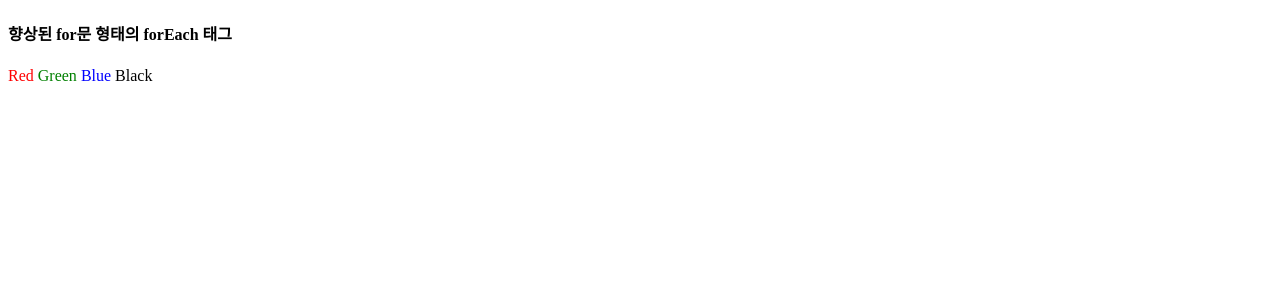
Repository: Park-Dongheon/Servlet-JSP_Training
Page: http://localhost/MustHaveJSP/11JSTL/core/ForEachExtend1.jsp
These files come from the project's save history. The page is drawn as it stood at one moment and after the next save; the edit follows.
The browser window is 1280 px wide. The pictures show the whole page.
The page is served by Tomcat 10. Other server files are loaded and not shown.

Above is the page before, as saved 2024-06-24 07:59:29.

### MustHaveJSP/src/main/webapp/11JSTL/core/ForEachExtend1.jsp
<%@ page language="java" contentType="text/html; charset=UTF-8"
    pageEncoding="UTF-8"%>
<%@ taglib prefix="c" uri="jakarta.tags.core" %>
<!DOCTYPE html>
<html>
<head>
<meta charset="UTF-8">
<title>JSTL - forEach 2</title>
</head>
<body>
	<h4>향상된 for문 형태의 forEach 태그</h4>
	<%
	String[] rgba = {"Red", "Green", "Blue", "Black"};
	%>
	<c:forEach items="<%= rgba %>" var="c">
		<span style="color:${ c };">${ c }</span>
	</c:forEach>
</body>
</html>

After the next save:
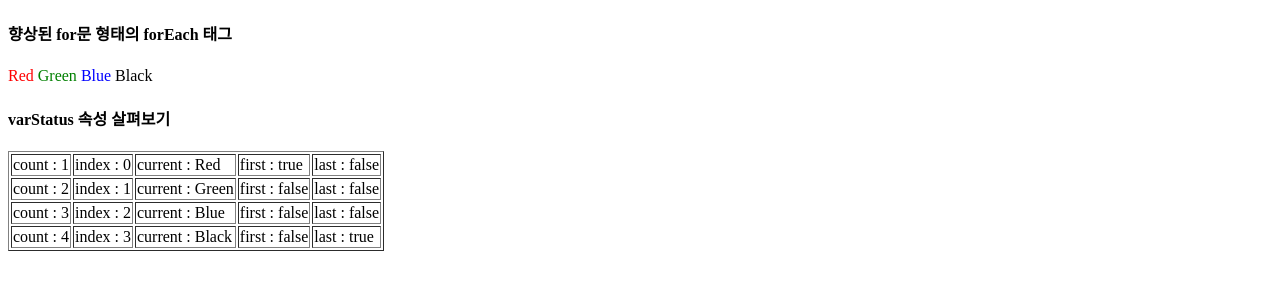
Saved 2 min 6 s later.
--- a/MustHaveJSP/src/main/webapp/11JSTL/core/ForEachExtend1.jsp
+++ b/MustHaveJSP/src/main/webapp/11JSTL/core/ForEachExtend1.jsp
@@ -15,5 +15,18 @@
 	<c:forEach items="<%= rgba %>" var="c">
 		<span style="color:${ c };">${ c }</span>
 	</c:forEach>
+
+	<h4>varStatus 속성 살펴보기</h4>
+	<table border="1">
+	<c:forEach items="<%= rgba %>" var="c" varStatus="loop">
+		<tr>
+			<td>count : ${ loop.count }</td>
+			<td>index : ${ loop.index }</td>
+			<td>current : ${ loop.current }</td>
+			<td>first : ${ loop.first }</td>
+			<td>last : ${ loop.last }</td>
+		</tr>
+	</c:forEach>
+	</table>
 </body>
 </html>
